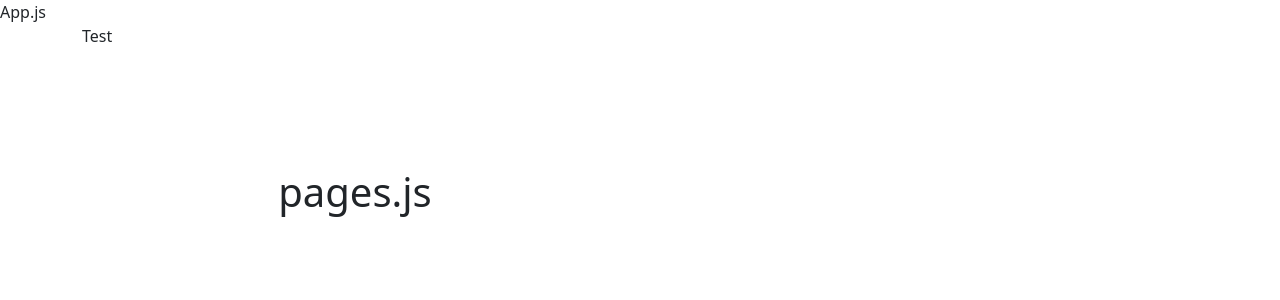
Repository: ward438/improved_portfolio
Page: / (app in client/)
These files come from the project's save history. The page is drawn as it stood at one moment and after the next save; the edit follows.
The browser window is 1280 px wide. The pictures show the whole page.
The page's requests for data from a server got no answer. The project was rebuilt for these pictures with package versions that can differ from the ones it lists, and the page was loaded fresh each time. No one was signed in, and anything a server would have sent is missing. Also part of the build but not shown: client/src/App.css.

Above is the page before, as saved 2021-06-15 18:09:46.

After the next save:
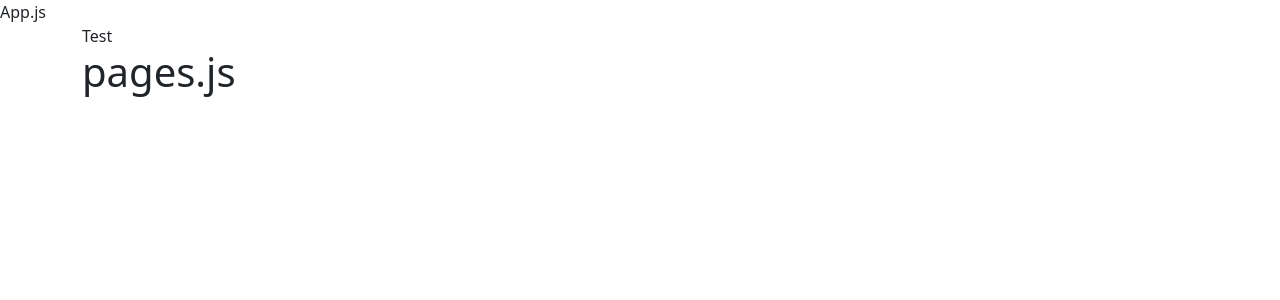
Saved 10 s later.
--- a/client/src/pages/pages.js
+++ b/client/src/pages/pages.js
@@ -44,11 +44,11 @@
         <Container>Test
           <Row>
             <Col size="md-6">
-              <Jumbotron>
+              {/* <Jumbotron> */}
                 <h1>
                   {'pages.js'}
                 </h1>
-              </Jumbotron>
+              {/* </Jumbotron> */}
             </Col>
           </Row>
 

After the save that followed:
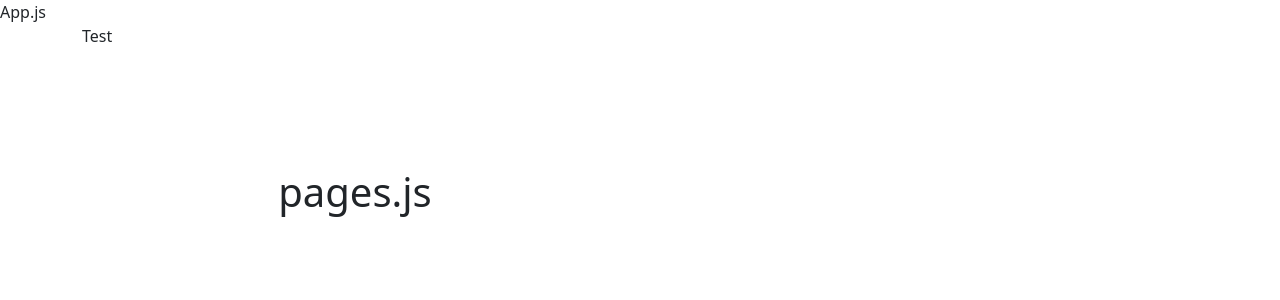
Saved 4 s later.
--- a/client/src/pages/pages.js
+++ b/client/src/pages/pages.js
@@ -44,11 +44,11 @@
         <Container>Test
           <Row>
             <Col size="md-6">
-              {/* <Jumbotron> */}
+              <Jumbotron>
                 <h1>
                   {'pages.js'}
                 </h1>
-              {/* </Jumbotron> */}
+              </Jumbotron>
             </Col>
           </Row>
 
